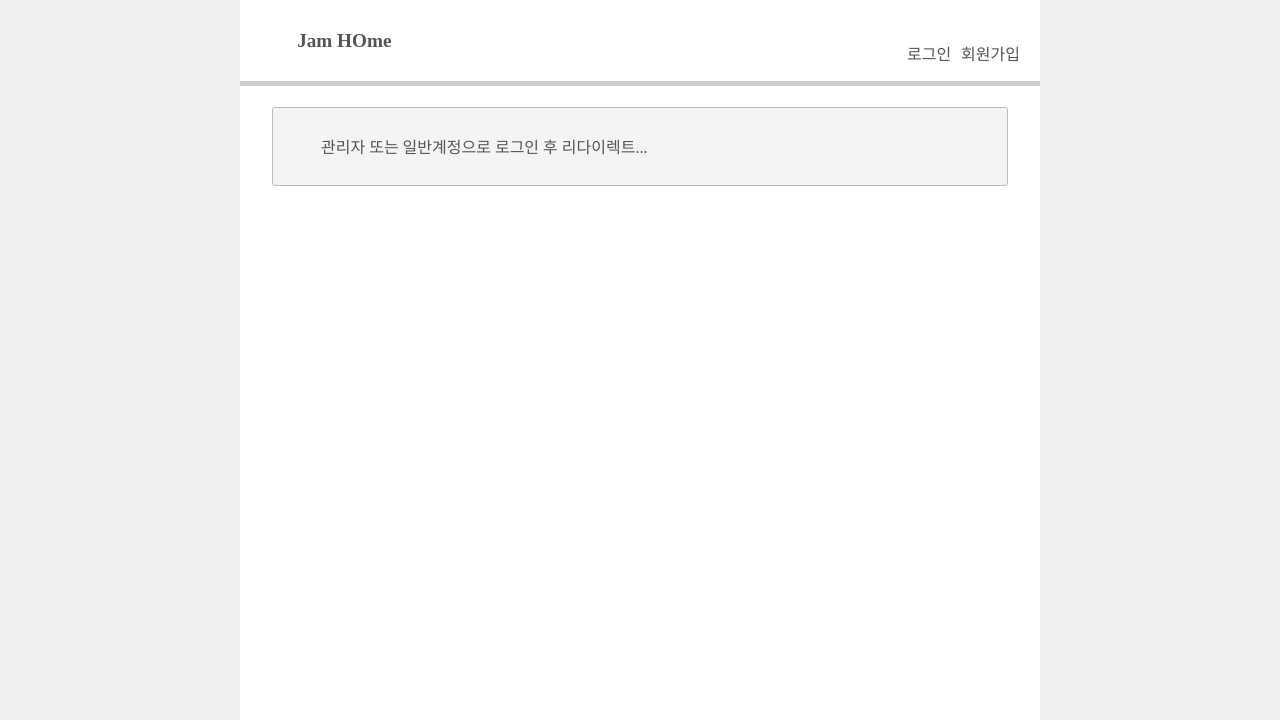
Repository: woals5636/JSPClass
Page: http://localhost/jspPro/days03/ex08_main.jsp
An editor plug-in stored every save of this project. The page is shown before and after a run of saves, followed by the edit.
The browser window is 1280 px wide. The pictures show the whole page.
Some web fonts or font styles are not loaded; a fallback is used. The page is served by Tomcat 9. Other server files are loaded and not shown.

Above is the page before, as saved 2024-10-17 06:32:35.

### jspPro/src/main/webapp/days03/ex08_main.jsp
<%@ page contentType="text/html; charset=UTF-8" pageEncoding="UTF-8"%>
<!DOCTYPE html>
<html>
<head>
<meta charset="UTF-8">
<title>Insert title here</title>
<link rel="shortcut icon" type="image/x-icon" href="http://localhost/jspPro/images/SiSt.ico">
<script src="https://ajax.googleapis.com/ajax/libs/jquery/3.7.1/jquery.min.js"></script>
<meta name="viewport" content="width=device-width, initial-scale=1.0">
<meta name="google" content="notranslate">
<link rel="stylesheet" href="http://localhost/jspPro/resources/cdn-main/example.css">
<script src="http://localhost/jspPro/resources/cdn-main/example.js"></script>
<style>
 span.material-symbols-outlined{
    vertical-align: text-bottom;
 }
</style>
</head>
<body>
<header>
  <h1 class="main"><a href="#" style="position: absolute;top:30px;">Jam HOme</a></h1>
  <ul>
    <li><a href="#">로그인</a></li>
    <li><a href="#">회원가입</a></li>
  </ul>
</header>
<div>
  <xmp class="code">
	관리자 또는 일반계정으로 로그인 후 리다이렉트...
  </xmp>
</div>
</body>
</html>

### jspPro/src/main/webapp/resources/cdn-main/example.css
@charset "UTF-8";

@import url('https://fonts.googleapis.com/css2?family=Material+Symbols+Outlined:opsz,wght,FILL,GRAD@20..48,100..700,0..1,-50..200');

@font-face {
    font-family: 'GmarketSansMedium';
    src: url('https://cdn.jsdelivr.net/gh/projectnoonnu/noonfonts_2001@1.1/GmarketSansMedium.woff') format('woff');
    font-weight: normal;
    font-style: normal;
}

:root {
	--text-color: #555;
	--sub-text-color: #777;
	--back-color: #EFEFEF;
	--header-color: #444;
	--primary-color: #DEDEDE;
	--secondary-color: #EFEFEF;
	--default-width: 800px;
	--narrow-width: 500px;
	--wide-width: 1200px;
	--text-font: 'GmarketSansMedium';
	--icon-font: 'Material Symbols Outlined';
	--border-color: #CCC;
}

html, body {
	margin: 0;
	padding: 0;
}

html {
	background-color: var(--back-color);
	display: flex;
	justify-content: center;
	min-height: 100vh;
}

body, body.default {
	width: var(--default-width);
	background-color: white;
	padding-bottom: 120px;
}

body.wide {
	width: var(--wide-width);
}

body.narrow {
	width: var(--narrow-width);
}



body, p, div, span, a, input, select, option, textarea, button, table, th, td, label, fieldset, legend {
	font-family: var(--text-font);
	color: var(--text-color);
}

h1, h2, h3 {
	font-family: var(--text-font);
	color: var(--header-color);
	padding: 0 1rem;
	padding-top: .5rem;
}

div > h1, div > h2, div > h3 {
	padding: 0;
}

body > div, body > main > div {
	padding: 0.3rem 1rem;
}


h1 { font-size: 2rem; border-bottom: 1px solid var(--border-color); }
h1 small { font-size: 1.2rem; color: var(--sub-text-color); }
h2 { font-size: 1.5rem; border-bottom: 1px dashed var(--border-color); }
h2 small { font-size: 1.1rem; color: --sub-text-color; }
h3 { font-size: 1.2rem; }
h3 small { font-size: 1rem; color: --sub-text-color; }



h1.main::before {
	font-family: var(--icon-font);
  	content: '\e666';
  	margin-right: 10px;
  	float: left;
	font-size: 2.5rem;
}

h1.sub::before {
	font-family: var(--icon-font);
  	content: '\ea19';
  	margin-right: 10px;
  	float: left;
	font-size: 2.5rem;
}


h1.page::before {
	font-family: var(--icon-font);
  	content: '\e0e0';
  	margin-right: 10px;
  	float: left;
	font-size: 2.5rem;
}

body > header > ul > li > .active{
	background-color: #FFF;
	color:#F00;
}

body > header {
	display: flex;
	justify-content: space-between;
	border-bottom: 5px solid var(--border-color);
	min-height: 74px;
	background-color: #FFF;
}

body > header.sticky {
	position: sticky;
	top: 0;
	z-index: 98;
}

body > header > h1 {
	font-size: 1.2rem;
	border: 0;
}

body > header.in > h1::before {
	font-family: var(--icon-font);
  	content: '\e332‥';
  	margin-right: 3px;
  	float: left;
	font-size: 2rem;
}


body > header > ul {
	list-style-type: none;
	display: flex;
	align-items: flex-end;
	margin-right: 10px;
}

body > header > ul > li {
	margin-right: 10px;
	cursor: pointer;
}

body > header > ul > li > a {
	cursor: pointer;
}


form {
	display: block;
}

form > div {
	padding: 0.3rem 1rem;
}

div > form > div {
	padding: 0.3rem 0;
}

input, textarea, button, select {
	border: 1px solid #BBB;
	border-radius: 3px;
	outline: none;
	resize: none;
	padding: 7px;
	margin: 0;
}

input[type=text]:read-only, textarea:read-only {
	cursor: not-allowed;
	background-color: #FFF;
}

input[type=text]:disabled, textarea:disabled {
	cursor: not-allowed;
	background-color: #EEE;
}

input[type=text], input[type=password], textarea, button, select {
	/* width: 300px; */
}

textarea {
	display: block;
	height: 100px;
}

input[type=button], input[type=submit], button {
	/* width: inherit; */
}

input.short, textarea.short, button.short, select.short {
	width: 100px;
}

input.long, textarea.long, button.long, select.long {
	width: 350px;
}

.narrow input.long, .narrow textarea.long, .narrow button.long, .narrow select.long {
	width: calc(100% - 20px);
}

input.full, textarea.full, button.full, select.full {
	width: calc(100% - 20px);
}

textarea.short {
	height: 50px;
}

textarea.long {
	height: 100px;
}

textarea.full {
	height: 200px;
}

input, textarea {
	padding-top: 8px;
}

input[type=button], input[type=submit], button {
	padding: 5px 10px;
	background-color: var(--secondary-color);
	cursor: pointer;
	min-height: 36px;
}

input[type=button].primary, input[type=submit].primary, button.primary {
	/* background-color: rgba(100, 149, 237, .2); */
	background-color: var(--primary-color);
}

input[type=button].primary:hover, input[type=submit].primary:hover, button.primary:hover {
	/* background-color: rgba(100, 149, 237, .3); */
	background-color: var(--secondary-color);
}

input[type=button]:hover, input[type=submit]:hover, button:hover {
	background-color: var(--primary-color);
}

button {
	position: relative;
	left: 0;
	top: 0;
	padding-left: 35px;
}

button .material-symbols-outlined {
	position: absolute;
	left: 10px;
	top: 4px;
}

/* k2nik add */
button.login::before {
	font-family: var(--icon-font);
  	content: '\ea77';
	position: absolute;
	left: 11px;
	top: 4px;
	font-size: 1.25rem;
}

/* k2nik logout */
button.logout::before {
	font-family: var(--icon-font);
  	content: '\e9ba';
	position: absolute;
	left: 11px;
	top: 4px;
	font-size: 1.25rem;
}

/* k2nik help */
button.help::before {
	font-family: var(--icon-font);
  	content: '\f1c0';
	position: absolute;
	left: 11px;
	top: 4px;
	font-size: 1.25rem;
}

button.add::before{
	font-family: var(--icon-font);
  	content: '\e746';
	position: absolute;
	left: 11px;
	top: 4px;
	font-size: 1.25rem;
}

button.back::before {
	font-family: var(--icon-font);
  	content: '\e166';
	position: absolute;
	left: 11px;
	top: 4px;
	font-size: 1.25rem;
}

button.list::before {
	font-family: var(--icon-font);
  	content: '\e0ee';
	position: absolute;
	left: 11px;
	top: 4px;
	font-size: 1.25rem;
}


button.del::before {
	font-family: var(--icon-font);
  	content: '\e872';
	position: absolute;
	left: 11px;
	top: 4px;
	font-size: 1.25rem;
}


button.edit::before {
	font-family: var(--icon-font);
  	content: '\e745';
	position: absolute;
	left: 11px;
	top: 4px;
	font-size: 1.25rem;
}


button.login::before {
	font-family: var(--icon-font);
  	content: '\ea77';
	position: absolute;
	left: 11px;
	top: 4px;
	font-size: 1.25rem;
}


button.logout::before {
	font-family: var(--icon-font);
  	content: '\e9ba';
	position: absolute;
	left: 11px;
	top: 4px;
	font-size: 1.25rem;
}


button.in::before {
	font-family: var(--icon-font);
  	content: '\f71a';
	position: absolute;
	left: 11px;
	top: 4px;
	font-size: 1.25rem;
}


button.out::before {
	font-family: var(--icon-font);
  	content: '\f70e';
	position: absolute;
	left: 11px;
	top: 4px;
	font-size: 1.25rem;
}


button.reply::before {
	font-family: var(--icon-font);
  	content: '\e15e';
	position: absolute;
	left: 11px;
	top: 4px;
	font-size: 1.25rem;
}


button.comment::before {
	font-family: var(--icon-font);
  	content: '\e0b9';
	position: absolute;
	left: 11px;
	top: 4px;
	font-size: 1.25rem;
}


button.modal::before {
	font-family: var(--icon-font);
  	content: '\e89e';
	position: absolute;
	left: 11px;
	top: 4px;
	font-size: 1.25rem;
}


button.ok::before {
	font-family: var(--icon-font);
  	content: '\e86c';
	position: absolute;
	left: 11px;
	top: 4px;
	font-size: 1.25rem;
}


button.cancel::before {
	font-family: var(--icon-font);
  	content: '\e5c9';
	position: absolute;
	left: 11px;
	top: 4px;
	font-size: 1.25rem;
}

button.search::before {
	font-family: var(--icon-font);
  	content: '\e8b6';
	position: absolute;
	left: 11px;
	top: 4px;
	font-size: 1.25rem;
}

button.home::before {
	font-family: var(--icon-font);
  	content: '\e88a';
	position: absolute;
	left: 11px;
	top: 4px;
	font-size: 1.25rem;
}


button.sidebar::before {
	font-family: var(--icon-font);
  	content: '\f7e4';
	position: absolute;
	left: 11px;
	top: 4px;
	font-size: 1.25rem;
}


button.sidebar-right::before {
	font-family: var(--icon-font);
  	content: '\f7e5';
	position: absolute;
	left: 11px;
	top: 4px;
	font-size: 1.25rem;
}




button::before {
	font-family: var(--icon-font);
  	content: '\e323';
	position: absolute;
	left: 11px;
	top: 4px;
	font-size: 1.25rem;
}


table {
	border-collapse: collapse;
	margin: 1rem;
	box-sizing: border-box;
	width: calc(100% - 32px);
}

table.content {
	width: auto;
}

div > table {
	margin: 0;
}

table th, table td {
	border: 1px solid var(--border-color);
	padding: 7px;
	font-weight: normal;
}

table th {
	background-color: var(--back-color);
}

table.vertical th {
	width: 150px;
}

table.vertical td {
	width: calc(100% - 182px);
	padding-left: 10px;
}

table.content td, table.content th {
	width: auto;
}

body.narrow table.vertical th {
	width: 100px;
}

body.narrow table.vertical td {
	width: calc(100% - 182px);
}


table + table {
	margin-top: 30px;
}


p {
	padding: 0 1rem;
}

a {
	text-decoration: none;
}

a:hover {
	color: rgba(255, 99, 71, .7);
}

hr {
	border: 0;
	border-top: 1px solid var(--border-color);
	margin: 2rem 0;
}

.message {
	border: 1px solid var(--border-color);
	background-color: #EFEFEF;
	margin: 1rem;
	width: auto;
	padding-top: 10px;
	padding-bottom: 10px;
	font-size: 14px;
}

.message[title]::before {
	content: attr(title);
	display: block;
	border-bottom: 1px solid var(--border-color);
	padding-bottom: 5px;
	margin-bottom: 10px;
	margin-top: 7px;
}

.message.short {
	max-width: 250px;
}

.message.long {
	max-width: 500px;
}

.badge {
	float: right;
	font-size: .8rem;
	margin-top: 2px;
	margin-right: 2px;
	text-shadow: 0 0 7px gray;
}

.badge.left {
	float: none;
	margin-left: 2px;
}

.badge.right {
	float: right;
}

.badge.red {
	border-radius: 50%;
	padding: 2px 5px;
	background-color: rgb(255, 99, 71, .3);
}

.badge.yellow {

	border-radius: 50%;
	padding: 2px 5px;
	background-color: rgb(255, 215, 0, .5);
}

.badge.blue {
	border-radius: 50%;
	padding: 2px 5px;
	background-color: rgb(100, 149, 237, .3);
}

label + label {
	margin-left: 7px;
}

label input[type=checkbox], label input[type=radio] {
	transform: translate(0, 1px);
}

.group {
	display: flex;
}

.modal-content .group {
	margin-bottom: .5rem;
}

.group label {
	border: 1px solid #BBB;
	border-radius: 3px;
	outline: none;
	resize: none;
	padding: 7px 14px;
	margin: 0;
	border-top-right-radius: 0;
	border-bottom-right-radius: 0;
	background-color: #EFEFEF;
	white-space: nowrap;
	font-size: 14px;
}

.group input[type=text] {
	margin-left: -1px;
	border-top-left-radius: 0;
	border-bottom-left-radius: 0;
}

.group select {
	margin-left: -1px;
	border-top-left-radius: 0;
	border-bottom-left-radius: 0;
}

.group input.full[type=text] {
	margin-left: -1px;
	border-top-left-radius: 0;
	border-bottom-left-radius: 0;
	width: 100%;
}

.group input[type=button]:first-child, .group button:first-child {
	border-top-left-radius: 3px;
	border-bottom-left-radius: 3px;
	margin-left: 0px;
}

.group input[type=button], .group button {
	border-radius: 0;
	margin-left: -1px;
}

.group input[type=button]:last-child, .group button:last-child {
	margin-left: -1px;
	border-top-right-radius: 3px;
	border-bottom-right-radius: 3px;
}

.seperate {
	display: flex;
	justify-content: space-between;
}

div.list {
	width: max-content;
	margin: 1rem;
	border: 1px solid #BBB;
	border-radius: 3px;
	padding: 0;
}

div.list.full {
	width: auto;
	display: block;
	margin: 1rem;
	border: 1px solid #BBB;
	border-radius: 3px;
	padding: 0;
}

div.list > div {
	padding: .5rem 1rem;
	margin: 0;
	border-bottom: 1px solid #BBB;
}

div.list > div:last-child {
	border-bottom: 0;
}

pre.code , xmp.code{
	font-family: consols;
	background-color: rgba(150, 150, 150, .1);
	border: 1px solid #BBB;
	border-radius: 3px;
	padding: .5rem 1rem;
	padding-bottom: .6rem;
	margin: 1rem;
}




*[data-modal-window] {
	position: fixed;
	background-color: rgba(0, 0, 0, .3);
	left: 0;
	top: 0;
	display: none;
	justify-content: center;
	align-items: flex-start;
	width: 100%;
	min-height: 100vh;
	z-index: 100;
	opacity: 0;
	transition: 500ms all;
}

*[data-modal-window] .modal-container {
	border-radius: 5px;
	padding: 1rem;
	padding-bottom: .5rem;
	margin-top: -500px;
	opacity: 0;
	width: 500px;
	background-color: #FFF;
	margin-right: 2rem;
	transition: 500ms all;
}

*[data-modal-size=content] .modal-container {
	width: auto;
}

*[data-modal-size=narrow] .modal-container {
	width: 300px;
}

*[data-modal-size=wide] .modal-container {
	width: 760px;
}


*[data-modal-window] .modal-header {
	border-bottom: 1px solid var(--border-color);
	padding: 2px 5px;
}

*[data-modal-window] .modal-content {
	padding: 1rem 5px;
}

*[data-modal-window] .modal-content div:last-child {
	margin-top: 1rem;
	text-align: right;
}



*[data-sidebar-window] {
	position: fixed;
	background-color: #FFF;
	left: 0;
	top: 0;
	display: block;
	width: 300px;
	border-right: 1px solid var(--border-color);
	box-sizing: border-box;
	box-shadow: 0 0 3px var(--back-color);
	min-height: 100vh;
	z-index: 99;
	transform: translate(-300px, 0);
	transition-duration: 500ms;
	transition-property: transform;
}

*[data-sidebar-direction=right] {
	left: auto;
	right: 0;
	transform: translate(300px, 0);
	border-left: 1px solid var(--border-color);
}

*[data-sidebar-size=wide] {
	width: 500px;
	transform: translate(-500px, 0);
}

*[data-sidebar-window] .sidebar-title {
	border-bottom: 1px solid var(--border-color);
	margin-top: 20px;
	margin-bottom: 20px;
	padding-bottom: 5px;
	display: flex;
	justify-content: space-between;
}

*[data-sidebar-window] .sidebar-title span:last-child {
	cursor: pointer;
}


/* K2Nik pagination */
.center {
  text-align: center;
}

.pagination {
  display: inline-block;
}

.pagination a {
  color: black;
  float: left;
  padding: 3px 6px;
  text-decoration: none;
  transition: background-color .3s;
  border: 1px solid #ddd;
  margin: 0 3px;
}

.pagination a.active {
  background-color: #4CAF50;
  color: white;
  border: 1px solid #4CAF50;
}

.pagination a:hover:not(.active) {background-color: #ddd;}

### jspPro/src/main/webapp/resources/cdn-main/example.js

window.onload = () => {

    const list = document.querySelectorAll('input, textarea');

    list.forEach(item => {
        item.setAttribute('autocomplete', 'off');
    });


    const modal_btn_list = document.querySelectorAll('*[data-modal-button]');

    modal_btn_list.forEach(item => {
        item.onclick = function() {

            const name = this.dataset['modalButton'];
            const modal_window = document.querySelector('*[data-modal-window=' + name);

            const container = document.createElement('div');
            container.className = 'modal-container';



            const modal_header = document.createElement('div');
            modal_header.textContent = modal_window.dataset['modalTitle'];
            modal_header.className = 'modal-header';
            container.appendChild(modal_header);

            const modal_content = document.createElement('div');
            modal_content.className = 'modal-content';
            container.appendChild(modal_content);

            Array.from(modal_window.childNodes).forEach(item => {
                modal_content.appendChild(item);
            });

            modal_window.appendChild(container);

            modal_window.style.display = 'flex';

            setTimeout(() => {
                modal_window.style.opacity = 1;
                container.style.marginTop = '20px';
                container.style.opacity = 1;
            }, 50);


            const modal_ok = document.querySelector('*[data-modal-ok=' + name);
            modal_ok.addEventListener('click', function() {
                modal_window.style.opacity = 0;
                container.style.marginTop = '-500px';
                container.style.opacity = 0;

                setTimeout(() => {
                    modal_window.innerHTML = modal_content.innerHTML;
                    modal_window.style.display = 'none';
                }, 500);

            });

            const modal_cancel = document.querySelector('*[data-modal-cancel=' + name);
            modal_cancel.addEventListener('click', function() {

                modal_window.style.opacity = 0;
                container.style.marginTop = '-500px';
                container.style.opacity = 0;

                setTimeout(() => {
                    modal_window.innerHTML = modal_content.innerHTML;
                    modal_window.style.display = 'none';
                }, 500);
            });


        };
    });


    const sidebar_btn_list = document.querySelectorAll('*[data-sidebar-button]');

    sidebar_btn_list.forEach(item => {
        item.onclick = function() {



            const name = this.dataset['sidebarButton'];
            const sidebar_window = document.querySelector('*[data-sidebar-window=' + name);

            if (sidebar_window.style.transform == 'translate(0px, 0px)') return;



            sidebar_window.style.transform = 'translate(0, 0)';

            const sidebar_title = document.createElement('div');
            sidebar_title.className = 'sidebar-title';
            sidebar_title.innerHTML = '<span>' + sidebar_window.dataset['sidebarTitle'] + '</span><span class="material-symbols-outlined">close</span>';

            sidebar_title.children[1].onclick = function() {

                let sign = 1;
                let distance = 300;

                if (sidebar_window.dataset['sidebarDirection'] != 'right') {
                    sign = -1;
                } else {
                    sign = 1;
                }

                if (sidebar_window.dataset['sidebarSize'] != 'wide') {
                    distance = 300;
                } else {
                    distance = 500;
                }

                distance *= sign;

                sidebar_window.style.transform = 'translate(' + distance + 'px, 0)';

                setTimeout(function() {
                    sidebar_window.removeChild(sidebar_window.children[0]);
                }, 500);
            };


            sidebar_window.prepend(sidebar_title);

        }
    });

};

// window.onkeydown = function(event) {

//     if (event.keyCode == 27) {
//         if (document.querySelector('[data-modal-window').style.display == 'flex') {
//             document.querySelector('[data-modal-window').style.display = 'none';
//         }
//     }

// };

After the next 2 saves:
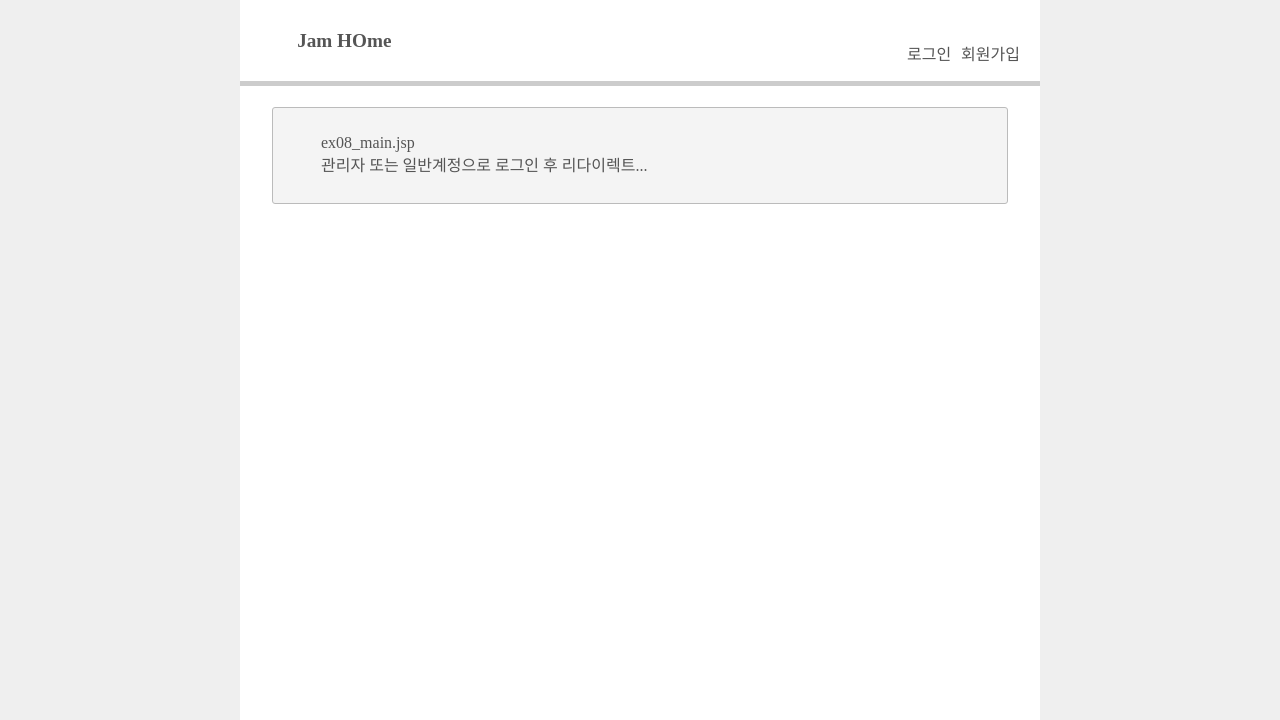
The 2 saves are shown as one change because they came seconds apart.
The last was saved 19 s later.
--- a/jspPro/src/main/webapp/days03/ex08_main.jsp
+++ b/jspPro/src/main/webapp/days03/ex08_main.jsp
@@ -26,6 +26,7 @@
 </header>
 <div>
   <xmp class="code">
+  	ex08_main.jsp
 	관리자 또는 일반계정으로 로그인 후 리다이렉트...
   </xmp>
 </div>
